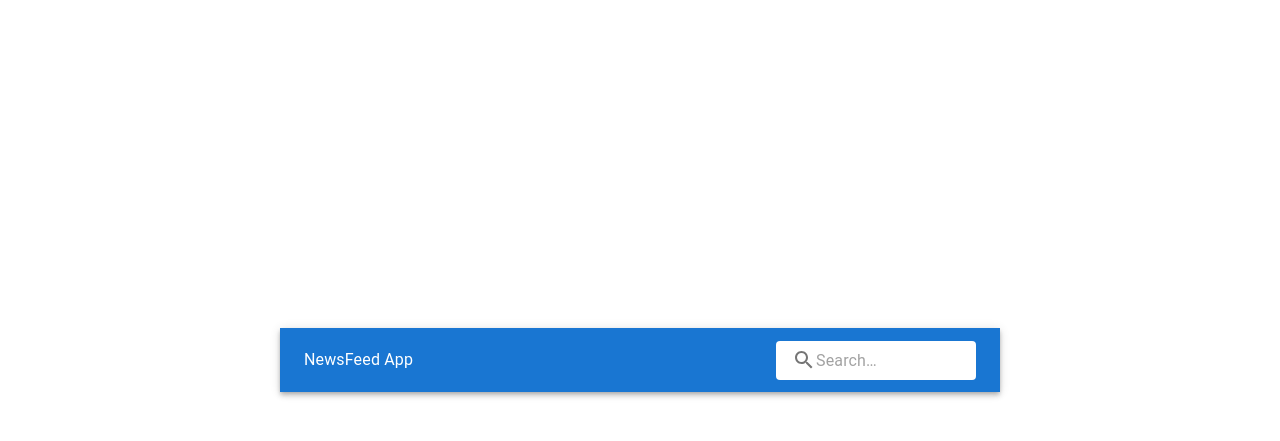
Repository: Baraajad231/News-Feed
Page: /
These files come from the project's save history. The page is drawn as it stood at one moment and after the next save; the edit follows.
The browser window is 1280 px wide. The pictures show the whole page.
The page's requests for data from a server got no answer. The project was rebuilt for these pictures with package versions that can differ from the ones it lists, and the page was loaded fresh each time. No one was signed in, and anything a server would have sent is missing. Also part of the build but not shown: vite.config.js, src/components/newsArticle.jsx.

Above is the page before, as saved 2026-03-20 18:47:39.

### index.html
<!doctype html>
<html lang="en">
  <head>
    <meta charset="UTF-8" />
    <link rel="icon" type="image/svg+xml" href="/favicon.svg" />
    <meta name="viewport" content="width=device-width, initial-scale=1.0" />
    <title>vite-project</title>
  </head>
  <body>
    <div id="root"></div>
    <script type="module" src="/src/main.jsx"></script>
  </body>
</html>

### src/index.css
:root {
  font-family: Inter, system-ui, Avenir, Helvetica, Arial, sans-serif;
  line-height: 1.5;
  font-weight: 400;
}

body {
  margin: 0 auto;
  display: flex;
  place-items: center;
  min-width: 320px;
  max-width: 768px;
  min-height: 100vh;
}

#root {
  width: 100%;
}

### src/App.jsx
import { Container } from "@mui/material";
import NewsFeed from "./components/NewsFeed";
import NewsHeader from "./components/NewsHeader";
import { useEffect, useState } from "react";

function App() {
  const [articles, setArticles] = useState([]);

  const loadData = async (q) => {
    const response = await fetch(
      `https://newsapi.org/v2/top-headlines?country=us&q=${q}&apiKey=${import.meta.env.VITE_NEWS_API_KEY}`,
    );
    const data = await response.json();
    return data?.articles?.map((article) => {
      const { title, description, urlToImage, author, publishedAt } = article;
      return { title, description, author, publishedAt, image: urlToImage };
    });
  };
  // تختصار ل data => setArticles(data)

  useEffect(() => {
    loadData("").then(setArticles);
  }, []);

  const searchChangeHandler = (newQuery) => {
    loadData(newQuery).then(setArticles);
  };
  return (
    <Container>
      <NewsHeader onSearchChange={searchChangeHandler} />
      {!articles ? <p>loading</p> : <NewsFeed articles={articles} />}
    </Container>
  );
}

export default App;

### src/components/NewsFeed.jsx
import NewsArticle from "./newsArticle";

const NewsFeed = ({ articles }) => {
  return (
    <div>
      {articles.map((article) => (
        <NewsArticle {...article} key={crypto.randomUUID()} />
      ))}
    </div>
  );
};

export default NewsFeed;

### src/components/NewsHeader.jsx
import AppBar from "@mui/material/AppBar";
import Toolbar from "@mui/material/Toolbar";
import Typography from "@mui/material/Typography";
import InputBase from "@mui/material/InputBase";
import SearchIcon from "@mui/icons-material/Search";
import { styled } from "@mui/material/styles";

const Search = styled("div")(({ theme }) => ({
  position: "relative",
  borderRadius: theme.shape.borderRadius,
  backgroundColor: theme.palette.common.white,
  "&:hover": {
    backgroundColor: theme.palette.common.white,
  },
  marginLeft: "auto",
  width: 200,
}));
const SearchIconWrapper = styled("div")(({ theme }) => ({
  padding: theme.spacing(0, 2),
  height: "100%",
  position: "absolute",
  pointerEvents: "none",
  display: "flex",
  alignItems: "center",
  justifyContent: "center",
}));
const StyledInputBase = styled(InputBase)(({ theme }) => ({
  color: theme.palette.text.primary,
  "& .MuiInputBase-input": {
    padding: theme.spacing(1, 1, 1, 5),
    transition: theme.transitions.create("width"),
    width: "100%",
  },
}));

const NewsHeader = ({ onSearchChange }) => {
  const handleShearchChange = (e) => {
    onSearchChange(e.target.value);
  };

  return (
    <AppBar position="static">
      <Toolbar>
        <Typography>NewsFeed App</Typography>
        <Search>
          <SearchIconWrapper>
            <SearchIcon color="action" />
          </SearchIconWrapper>
          <StyledInputBase
            placeholder="Search…"
            inputProps={{ "aria-label": "search" }}
            onChange={handleShearchChange}
          />
        </Search>
      </Toolbar>
    </AppBar>
  );
};

export default NewsHeader;

Loaded but not shown: src/main.jsx (common file)

After the next save:
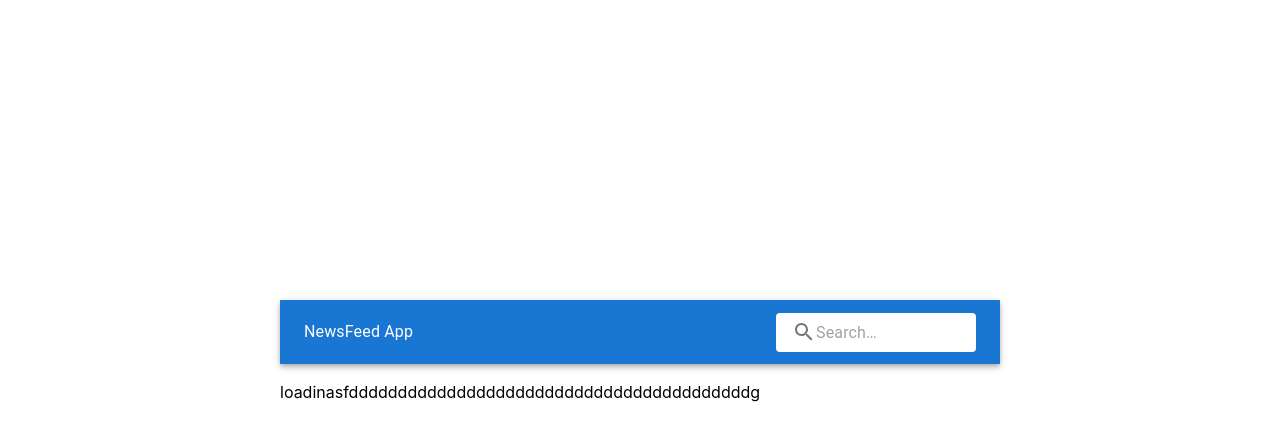
Saved 15 s later.
--- a/src/App.jsx
+++ b/src/App.jsx
@@ -28,7 +28,11 @@
   return (
     <Container>
       <NewsHeader onSearchChange={searchChangeHandler} />
-      {!articles ? <p>loading</p> : <NewsFeed articles={articles} />}
+      {!articles.length ? (
+        <p>loadinasfdddddddddddddddddddddddddddddddddddddddddg</p>
+      ) : (
+        <NewsFeed articles={articles} />
+      )}
     </Container>
   );
 }
